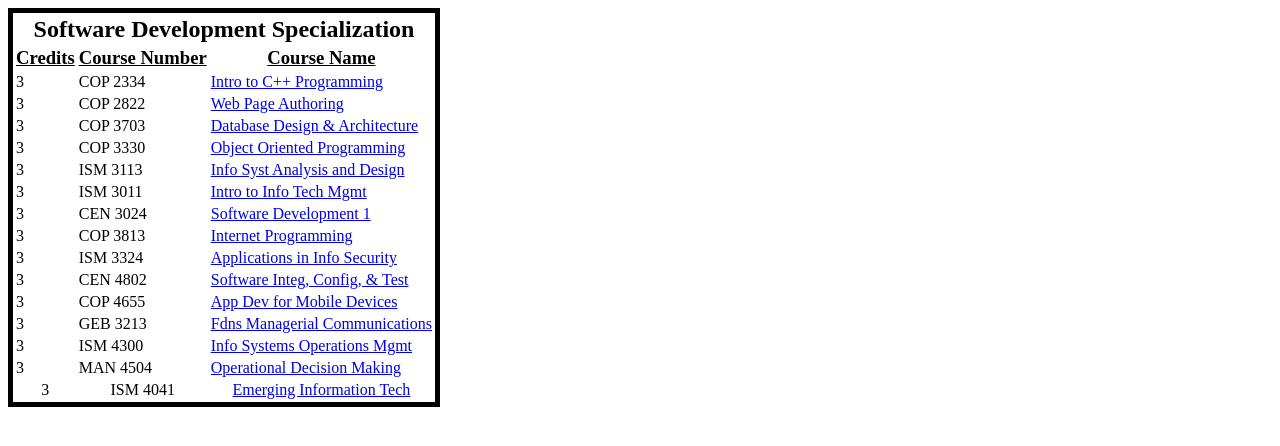
Repository: mlmEFSC21/P5-DegreeTableStyling
Page: FormattedProgramSpecialization1.html
These files come from the project's save history. The page is drawn as it stood at one moment and after the next save; the edit follows.
The browser window is 1280 px wide. The pictures show the whole page.
Some web fonts or font styles are not loaded; a fallback is used.

Above is the page before, as saved 2022-02-07 16:07:55.

After the next save:
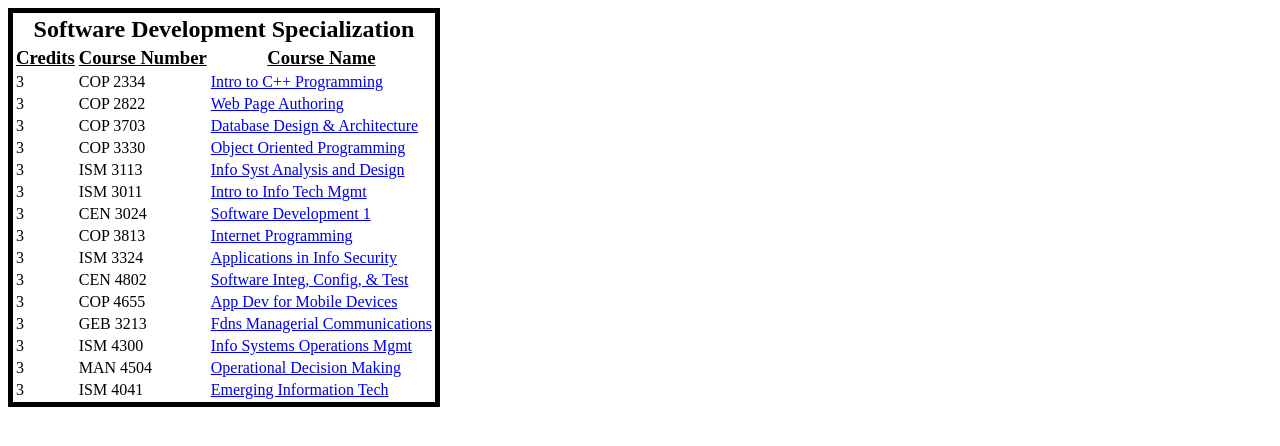
Saved 9 s later.
--- a/FormattedProgramSpecialization1.html
+++ b/FormattedProgramSpecialization1.html
@@ -168,9 +168,9 @@
                     </td>
                 </tr>
                 <tr>
-                    <td>3</td>
-                    <td>ISM 4041</td>
-                    <td>
+                    <td style="font-size: 12pt; text-align: left">3</td>
+                    <td style="font-size: 12pt; text-align: left">ISM 4041</td>
+                    <td style="font-size: 12pt; text-align: left">
                         <a
                             href="https://bannerweb.easternflorida.edu/prod/bwckctlg.p_disp_course_detail?cat_term_in=202210&subj_code_in=ISM&crse_numb_in=4041"
                             >Emerging Information Tech</a
